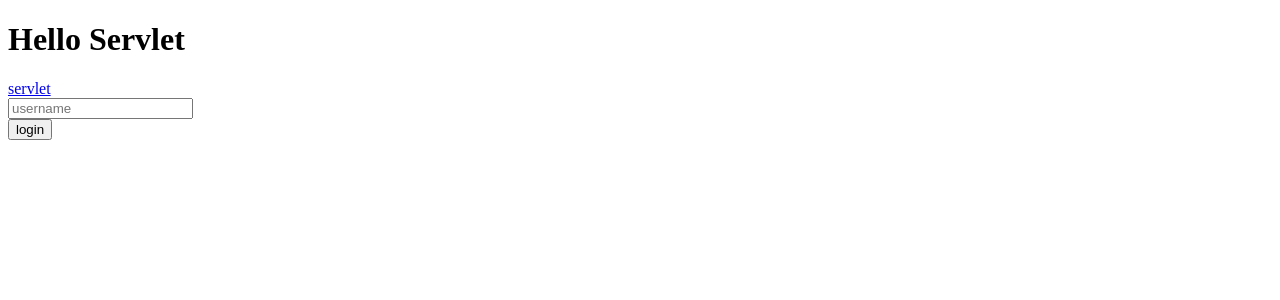
Repository: NguyenTienDat-GTR/WWW_24-25
Page: Tuan01/19473791_NguyenTienDat/src/main/webapp/index.html
An editor plug-in stored every save of this project. The page is shown before and after the next save, followed by the edit.
The browser window is 1280 px wide. The pictures show the whole page.

Above is the page before, as saved 2024-08-29 09:59:59.

After the next save:
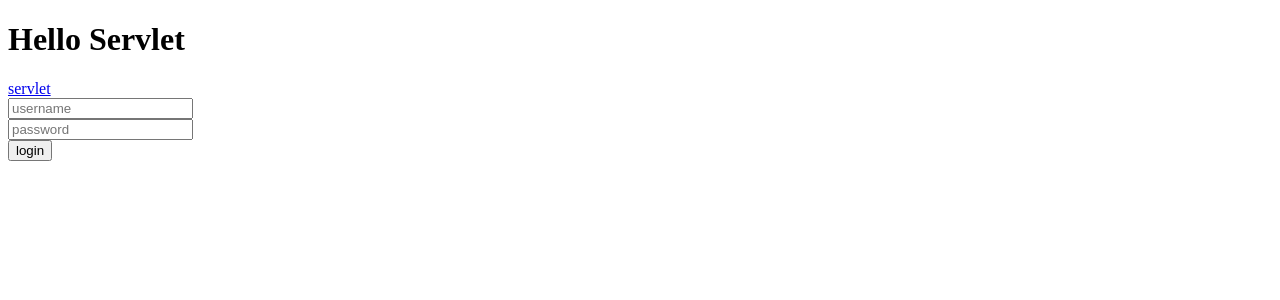
Saved 10 s later.
--- a/Tuan01/19473791_NguyenTienDat/src/main/webapp/index.html
+++ b/Tuan01/19473791_NguyenTienDat/src/main/webapp/index.html
@@ -9,7 +9,7 @@
 	<a href="hello">servlet</a>
 	<br>
 	<form action="/login" method="post">
-		<input type="text" name="username" placeholder="username"<br
+		<input type="text" name="username" placeholder="username"><br>
 		<input type="password" name="password" placeholder="password"><br>
 		<input type="submit" value="login">
 	</form>
